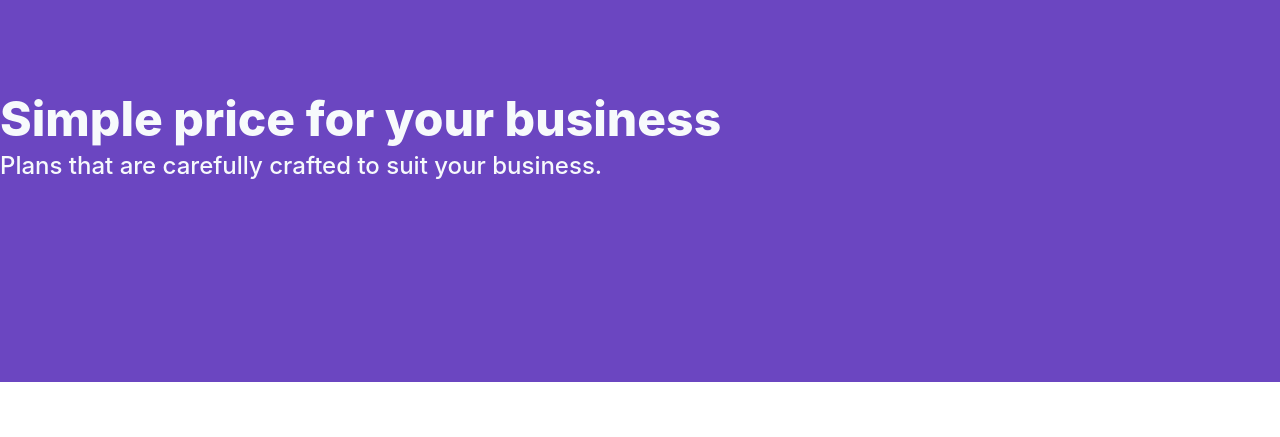
Repository: noutijo/learn-in-depth-chakra-ui
Page: /
These files come from the project's save history. The page is drawn as it stood at one moment and after a run of saves; the edit follows.
The browser window is 1280 px wide. The pictures show the whole page.
The project was rebuilt for these pictures with package versions that can differ from the ones it lists, and the page was loaded fresh each time. Also part of the build but not shown: vite.config.ts.

Above is the page before, as saved 2023-01-30 14:59:12.

After the next 3 saves:
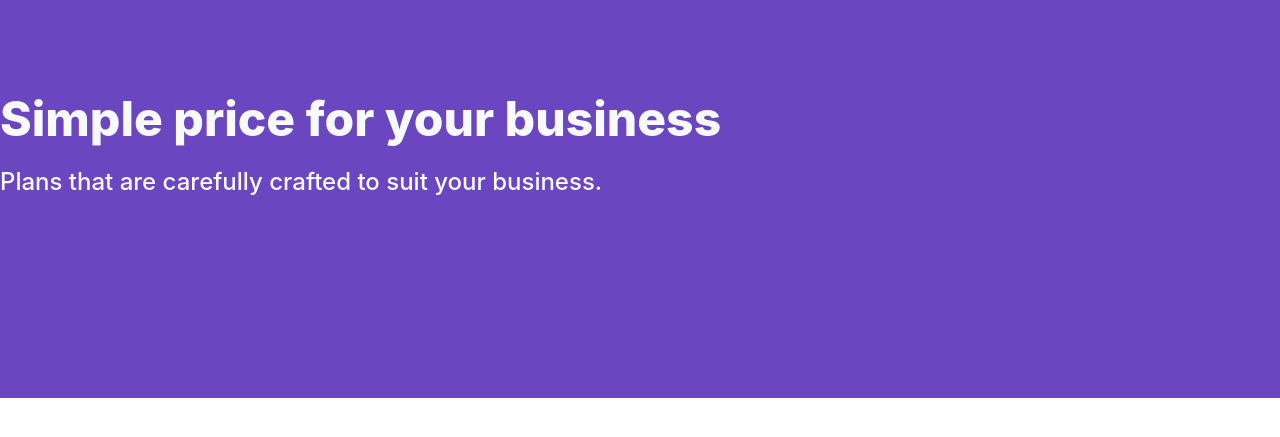
The 3 saves are shown as one change because they came seconds apart.
The last was saved 38 s later.
--- a/src/components/Header.tsx
+++ b/src/components/Header.tsx
@@ -7,7 +7,7 @@ export function Header() {
       <Heading fontWeight={800} fontSize={"48px"}>
         Simple price for your business
       </Heading>
-      <Text fontWeight={500} fontSize={"24px"}>
+      <Text fontWeight={500} fontSize={"24px"} mt="16px">
         Plans that are carefully crafted to suit your business.
       </Text>
     </Box>
